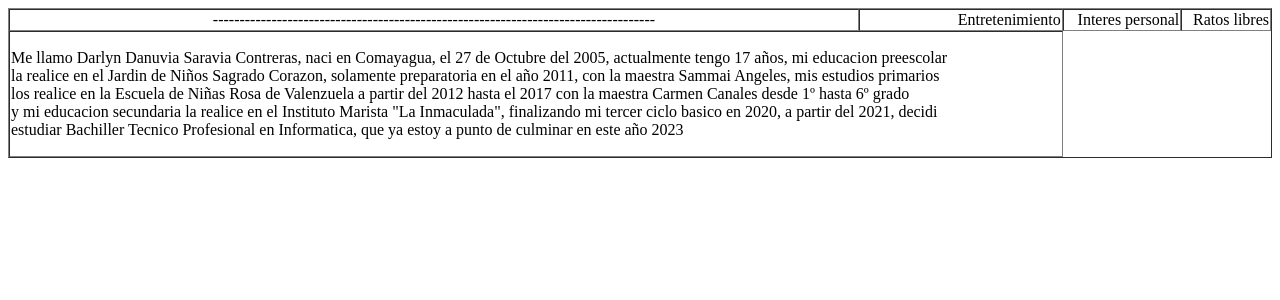
Repository: darlyn-saravia27/portafolio-darlynsaravia
Page: archivoshtml/tareas de html/index.html
An editor plug-in stored every save of this project. The page is shown before and after the next save, followed by the edit.
The browser window is 1280 px wide. The pictures show the whole page.

Above is the page before, as saved 2023-03-04 00:48:42.

### archivoshtml/tareas de html/index.html
<!DOCTYPE html>
<html lang="en">
<head>
    <meta charset="UTF-8">
    <meta http-equiv="X-UA-Compatible" content="IE=edge">
    <meta name="viewport" content="width=device-width, initial-scale=1.0">
    <title>Mi Portafolio Web</title>
</head>
<body>
    <table align="center" border="1" cellspacing="0" width="100%">
    <tr align="center">
        <td>-----------------------------------------------------------------------------------</td>
        <td align="right">Entretenimiento</td>
        <td align="right">Interes personal</td>
        <td align="right">Ratos libres</td>
    </tr>
    <tr>
        <td colspan="2">
            <p> Me llamo Darlyn Danuvia Saravia Contreras, naci en Comayagua,
                el 27 de Octubre del 2005, actualmente tengo 17 años, mi educacion preescolar <br>la realice
                en el Jardin de Niños Sagrado Corazon, solamente preparatoria en el año 2011,
                con la maestra Sammai Angeles, mis estudios primarios <br>los realice en la
                Escuela de Niñas Rosa de Valenzuela a partir del 2012 hasta el 2017 con
                la maestra Carmen Canales desde 1º hasta 6º grado <br>y mi educacion secundaria la
                realice en el Instituto Marista "La Inmaculada", finalizando
                mi tercer ciclo basico en 2020, a partir del 2021, decidi <br>estudiar Bachiller
                Tecnico Profesional en Informatica, que ya estoy a punto de culminar en este año 2023
                </p> </td>
    </tr>
</body>
</html>

After the next save:
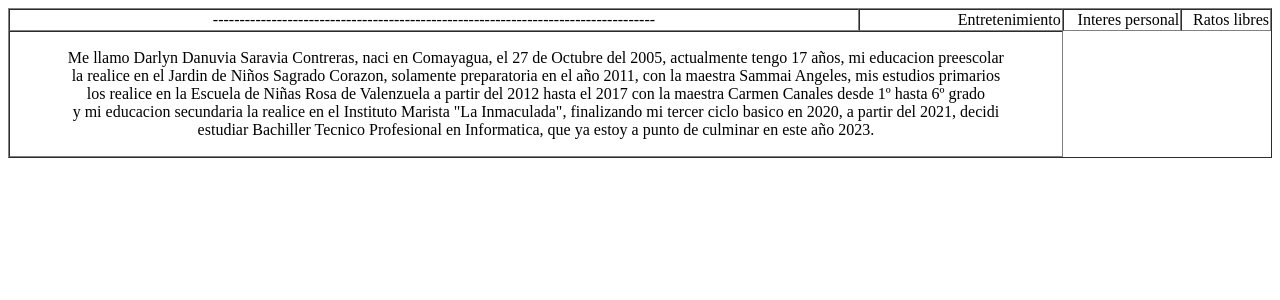
Saved 38 s later.
--- a/archivoshtml/tareas de html/index.html
+++ b/archivoshtml/tareas de html/index.html
@@ -15,7 +15,7 @@
         <td align="right">Ratos libres</td>
     </tr>
     <tr>
-        <td colspan="2">
+        <td colspan="2" align="center">
             <p> Me llamo Darlyn Danuvia Saravia Contreras, naci en Comayagua,
                 el 27 de Octubre del 2005, actualmente tengo 17 años, mi educacion preescolar <br>la realice
                 en el Jardin de Niños Sagrado Corazon, solamente preparatoria en el año 2011,
@@ -24,8 +24,9 @@
                 la maestra Carmen Canales desde 1º hasta 6º grado <br>y mi educacion secundaria la
                 realice en el Instituto Marista "La Inmaculada", finalizando
                 mi tercer ciclo basico en 2020, a partir del 2021, decidi <br>estudiar Bachiller
-                Tecnico Profesional en Informatica, que ya estoy a punto de culminar en este año 2023
-                </p> </td>
+                Tecnico Profesional en Informatica, que ya estoy a punto de culminar en este año 2023.
+            </p>
+        </td>
     </tr>
 </body>
 </html>

After the save that followed:
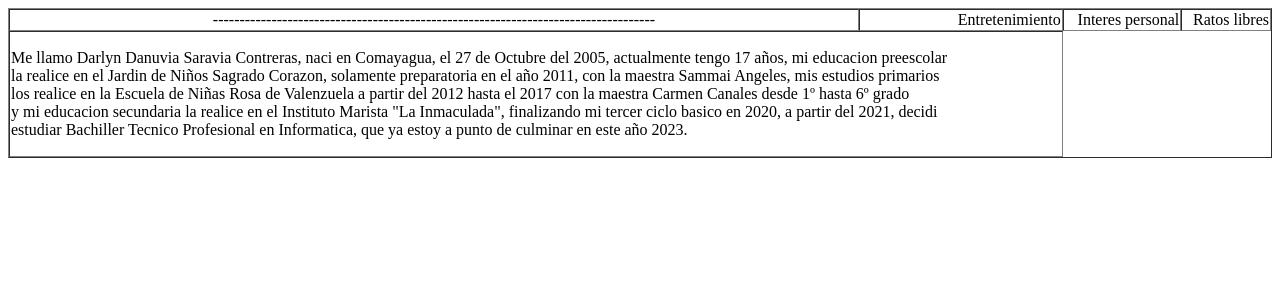
Saved 10 s later.
--- a/archivoshtml/tareas de html/index.html
+++ b/archivoshtml/tareas de html/index.html
@@ -15,7 +15,7 @@
         <td align="right">Ratos libres</td>
     </tr>
     <tr>
-        <td colspan="2" align="center">
+        <td colspan="2" align="">
             <p> Me llamo Darlyn Danuvia Saravia Contreras, naci en Comayagua,
                 el 27 de Octubre del 2005, actualmente tengo 17 años, mi educacion preescolar <br>la realice
                 en el Jardin de Niños Sagrado Corazon, solamente preparatoria en el año 2011,
